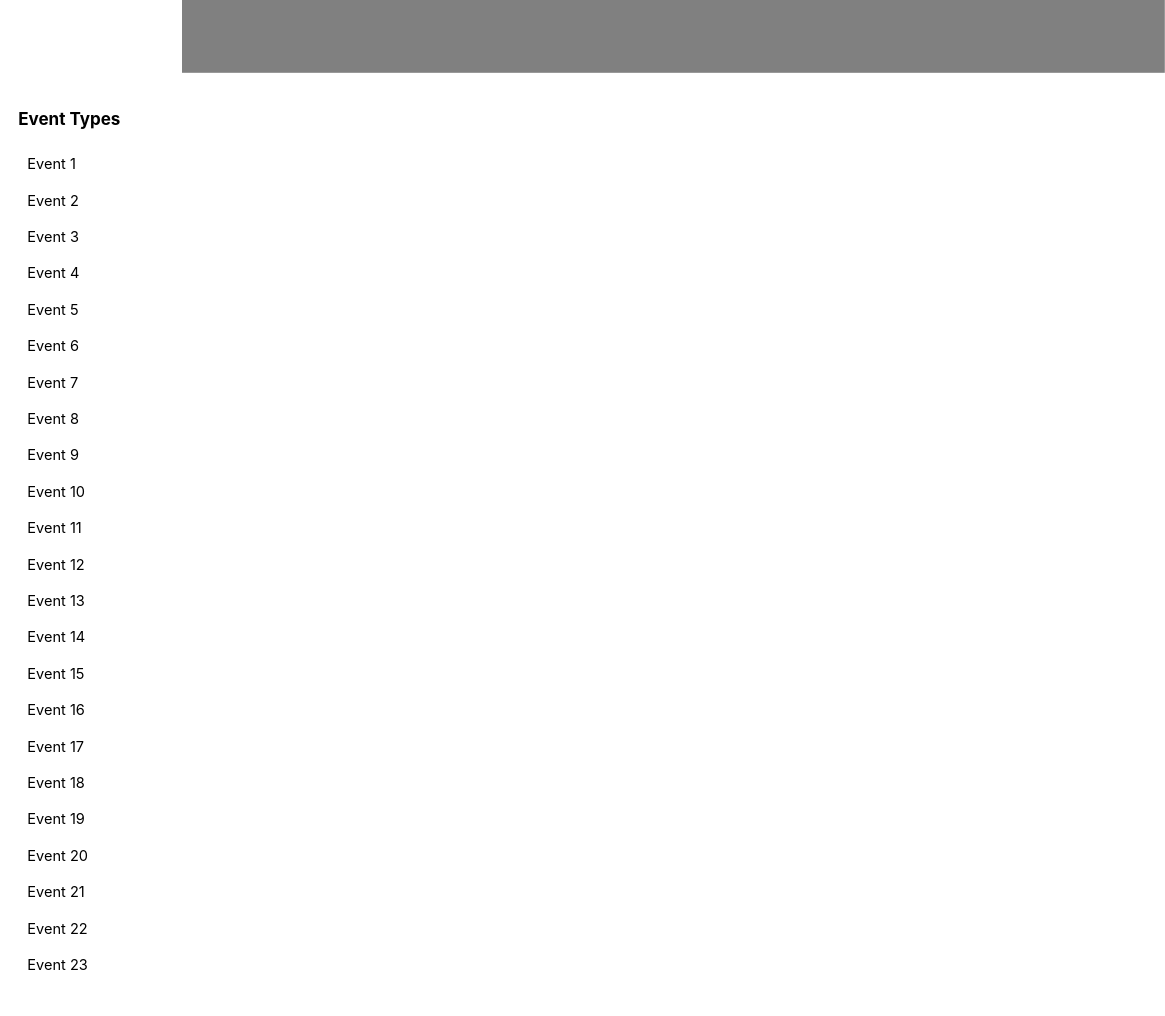
Repository: TauqeerHusain/Assignment
Page: /
An editor plug-in stored every save of this project. The page is shown before and after the next save, followed by the edit.
The browser window is 1280 px wide. The pictures show the whole page, at 91% of full size.
The project was rebuilt for these pictures with package versions that can differ from the ones it lists, and the page was loaded fresh each time.

Above is the page before, as saved 2023-02-06 22:42:17.

### src/App.js
import React, { useState } from "react";

const App = () => {
  const [events, setEvents] = useState([
    {
      name: "Event 1",
      date: "01/01/2023",
      location: "New York",
      description: "Description for event 1",
    },
    {
      name: "Event 2",
      date: "02/01/2023",
      location: "Los Angeles",
      description: "Description for event 2",
    },
    {
      name: "Event 3",
      date: "03/01/2023",
      location: "Chicago",
      description: "Description for event 3",
    },
    {
      name: "Event 4",
      date: "04/01/2023",
      location: "Houston",
      description: "Description for event 4",
    },
    {
      name: "Event 5",
      date: "01/02/2023",
      location: "India",
      description: "Description for event 5",
    },
    {
      name: "Event 6",
      date: "01/08/2023",
      location: "Pakistan",
      description: "Description for event 6",
    },
    {
      name: "Event 7",
      date: "01/01/2023",
      location: "New York",
      description: "Description for event 7",
    },
    {
      name: "Event 8",
      date: "06/01/2023",
      location: "New York",
      description: "Description for event 8",
    },
    {
      name: "Event 9",
      date: "09/01/2023",
      location: "New York",
      description: "Description for event 9",
    },
    {
      name: "Event 10",
      date: "01/01/2023",
      location: "New York",
      description: "Description for event 10",
    },
    {
      name: "Event 11",
      date: "01/01/2023",
      location: "New York",
      description: "Description for event 11",
    },
    {
      name: "Event 12",
      date: "01/01/2023",
      location: "New York",
      description: "Description for event 12",
    },
    {
      name: "Event 13",
      date: "01/01/2023",
      location: "New York",
      description: "Description for event 13",
    },
    {
      name: "Event 14",
      date: "01/01/2023",
      location: "New York",
      description: "Description for event 14",
    },
    {
      name: "Event 15",
      date: "01/01/2023",
      location: "New York",
      description: "Description for event 15",
    },
    {
      name: "Event 16",
      date: "01/01/2023",
      location: "New York",
      description: "Description for event 16",
    },
    {
      name: "Event 17",
      date: "01/01/2023",
      location: "New York",
      description: "Description for event 17",
    },
    {
      name: "Event 18",
      date: "01/01/2023",
      location: "New York",
      description: "Description for event 18",
    },
    {
      name: "Event 19",
      date: "01/01/2023",
      location: "New York",
      description: "Description for event 19",
    },
    {
      name: "Event 20",
      date: "01/01/2023",
      location: "New York",
      description: "Description for event 20",
    },
    {
      name: "Event 21",
      date: "01/01/2023",
      location: "New York",
      description: "Description for event 21",
    },
    {
      name: "Event 22",
      date: "01/01/2023",
      location: "New York",
      description: "Description for event 22",
    },
    {
      name: "Event 23",
      date: "01/01/2023",
      location: "New York",
      description: "Description for event 23",
    },
  ]);

  const [selectedEvent, setSelectedEvent] = useState(null);

  const handleCloseTab = () => {
    setSelectedEvent(null);
  };

  return (
    <>
      <nav>
        <div style={{ marginLeft: 200, height: 80, background: "gray" }}></div>
      </nav>
      <div style={{ display: "flex" }}>
        <div style={{ width: "20%", padding: "20px" }}>
          <h3>Event Types</h3>
          <ul style={{ listStyleType: "none", padding: 0 }}>
            {events.map((event) => (
              <li
                key={event.name}
                style={{ padding: "10px", cursor: "pointer" }}
                onClick={() => setSelectedEvent(event)}
              >
                {event.name}
              </li>
            ))}
          </ul>
        </div>
        {selectedEvent && (
          <div style={{ width: "80%", padding: "20px" }}>
            <div
              style={{
                display: "flex",
                justifyContent: "space-between",
                alignItems: "center",
              }}
            >
              <h3>{selectedEvent.name}</h3>
              <div
                style={{
                  display: "inline-block",
                  padding: "10px",
                  backgroundColor: "lightgray",
                  borderRadius: "50%",
                  cursor: "pointer",
                }}
                onClick={handleCloseTab}
                onMouseEnter={() => {
                  console.log("Mouse entered");
                }}
                onMouseLeave={() => {
                  console.log("Mouse left");
                }}
              >
                x
              </div>
            </div>
            <p>Date: {selectedEvent.date}</p>
            <p>Location: {selectedEvent.location}</p>
            <p>Description: {selectedEvent.description}</p>
          </div>
        )}
      </div>
    </>
  );
};

export default App;

Loaded but not shown: public/index.html (common file); src/index.js (common file); src/index.css (common file); src/reportWebVitals.js (common file)

After the next save:
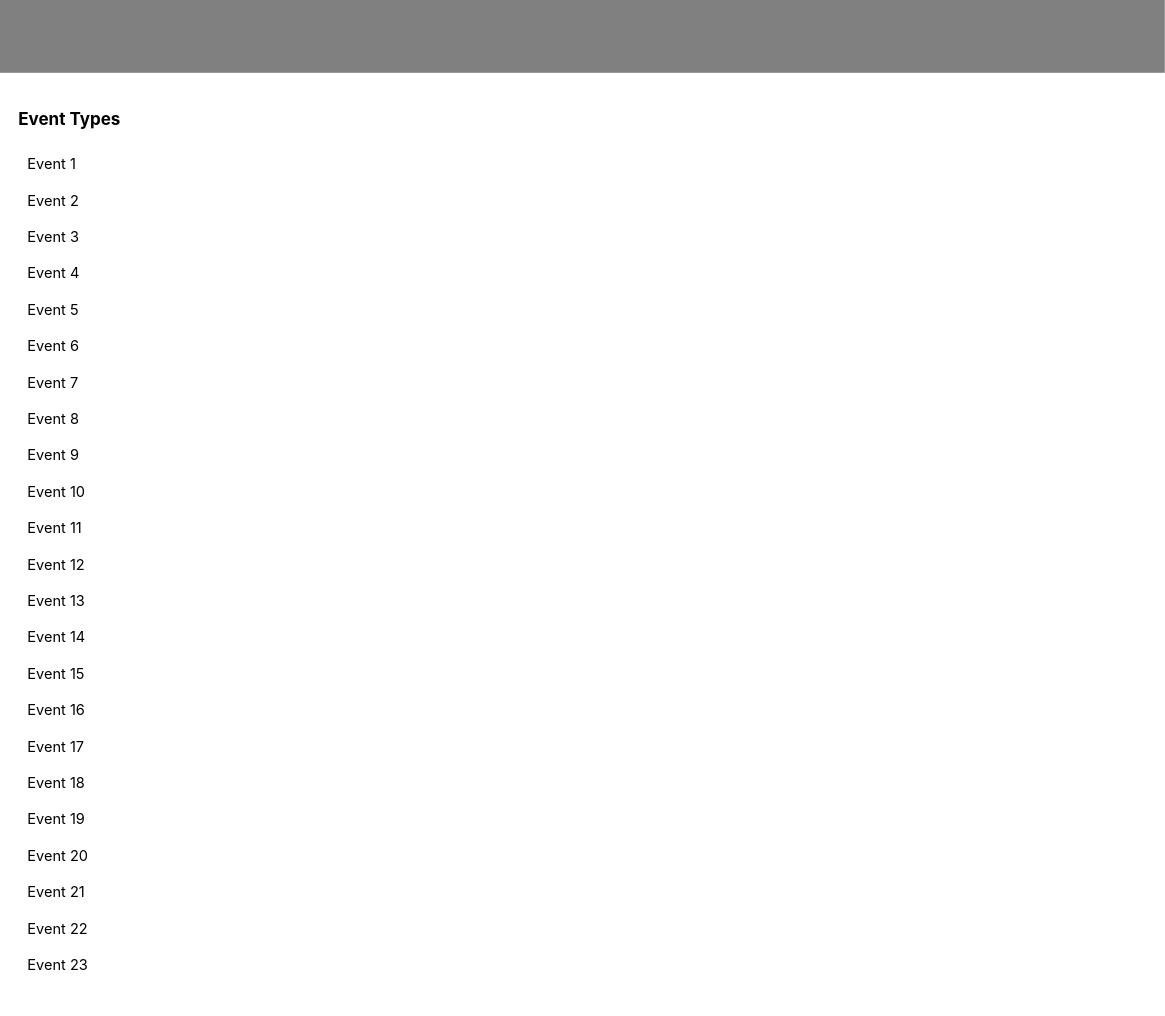
Saved 10 s later.
--- a/src/App.js
+++ b/src/App.js
@@ -151,7 +151,7 @@ const App = () => {
   return (
     <>
       <nav>
-        <div style={{ marginLeft: 200, height: 80, background: "gray" }}></div>
+        <div style={{ paddingLeft: 200, height: 80, background: "gray" }}></div>
       </nav>
       <div style={{ display: "flex" }}>
         <div style={{ width: "20%", padding: "20px" }}>
